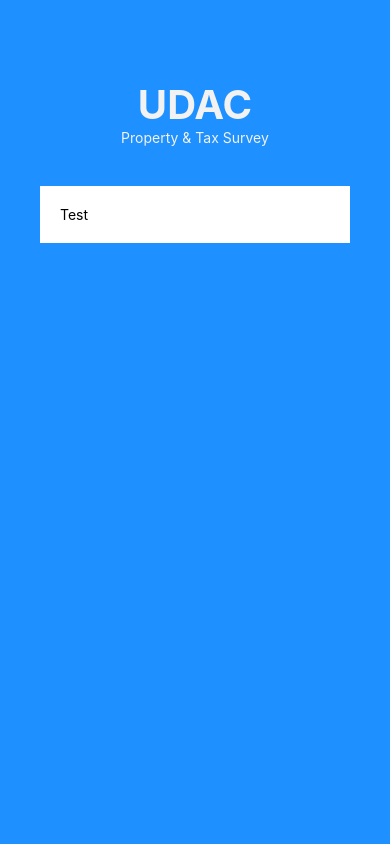
Repository: metalysm/BasicLoginPage
Screen: /
An editor plug-in stored every save of this project. The screen is shown before and after the next save, followed by the edit.
The app was drawn by React Native's web renderer in a window 390 px wide. The project was rebuilt for these pictures with package versions that can differ from the ones it lists, and the page was loaded fresh each time.

Above is the screen before, as saved 2019-12-05 11:16:30.

After the next save:
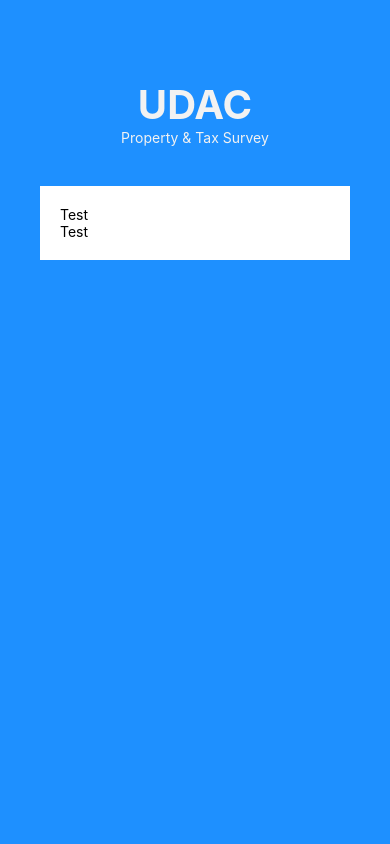
Saved 13 s later.
--- a/App.js
+++ b/App.js
@@ -18,6 +18,7 @@
         </View>
         <ScrollView>
           <View style={styles.loginArea}>
+            <Text>Test</Text>
             <Text>Test</Text>
           </View>
         </ScrollView>

After the save that followed:
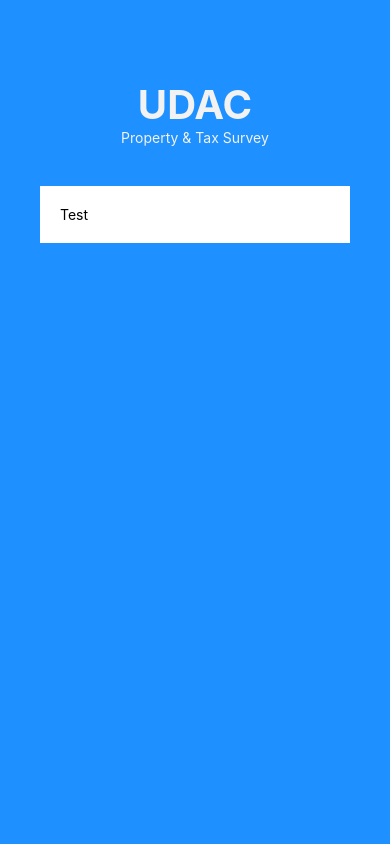
Saved 6 s later.
--- a/App.js
+++ b/App.js
@@ -18,7 +18,6 @@
         </View>
         <ScrollView>
           <View style={styles.loginArea}>
-            <Text>Test</Text>
             <Text>Test</Text>
           </View>
         </ScrollView>
